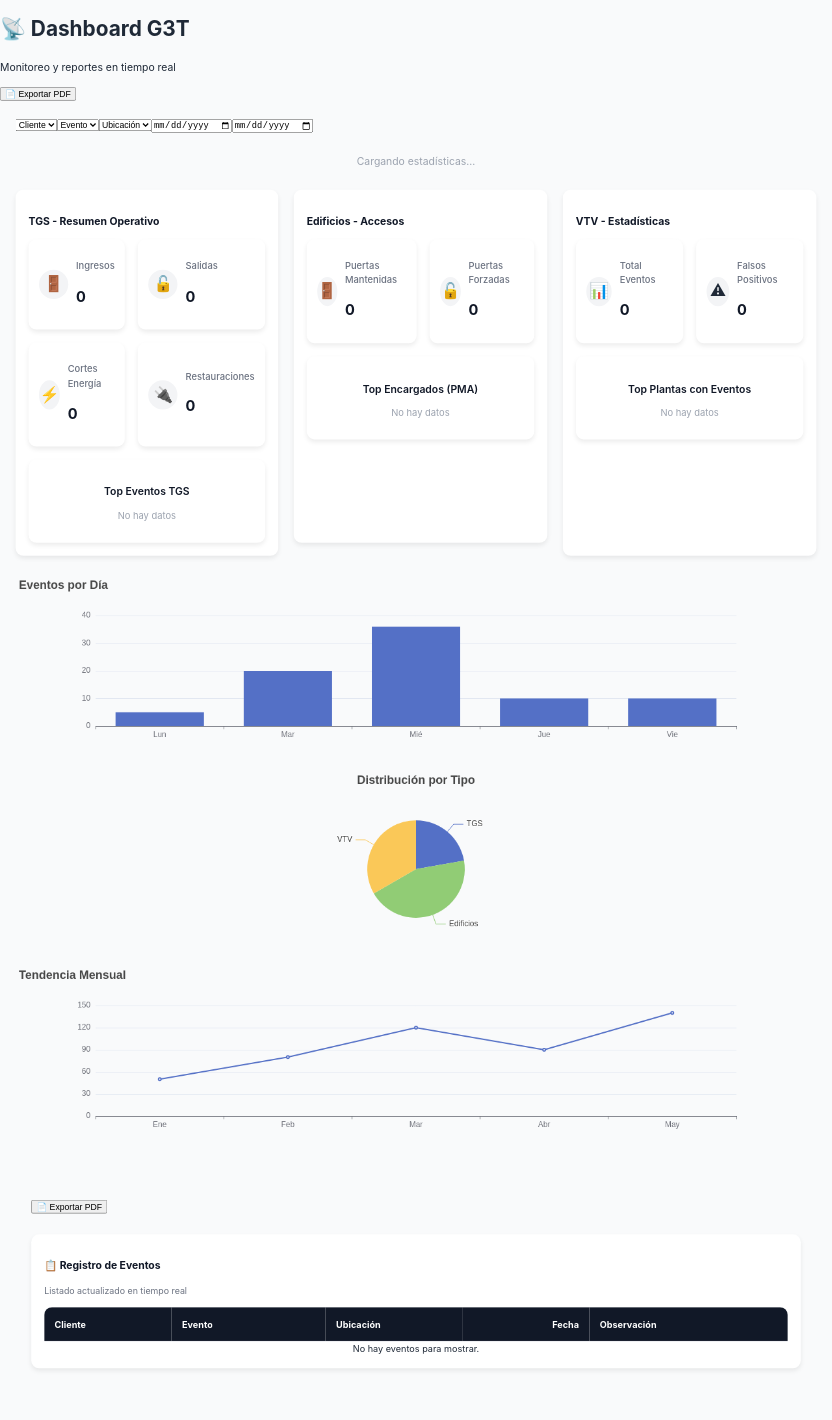
Repository: BBrian11/reportes
Page: /
These files come from the project's save history. The page is drawn as it stood at one moment and after a run of saves; the edit follows.
The browser window is 1280 px wide. The pictures show the whole page, at 65% of full size.
The page's requests for data from a server got no answer. The project was rebuilt for these pictures with package versions that can differ from the ones it lists, and the page was loaded fresh each time. No one was signed in, and anything a server would have sent is missing. Also part of the build but not shown: vite.config.js, src/styles/form.css.

Above is the page before, as saved 2025-07-29 17:04:34.

After the next 2 saves:
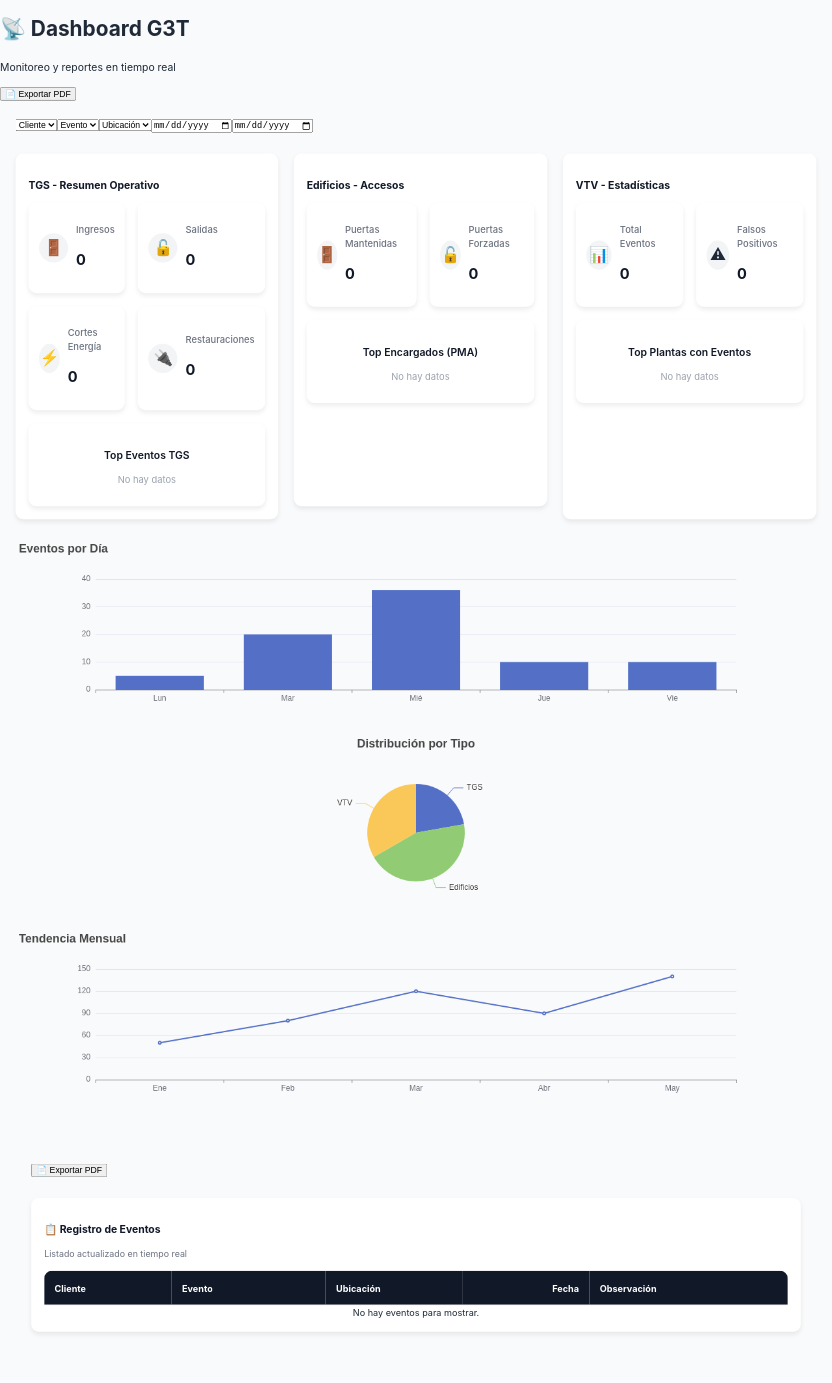
The 2 saves are shown as one change because 1 did not build or start.
The last was saved 64 s later.
--- a/src/components/Dashboard/Dashboard.jsx
+++ b/src/components/Dashboard/Dashboard.jsx
@@ -99,10 +99,7 @@ export default function Dashboard() {
         {/* Filtros */}
         <Filters filtros={filtros} setFiltros={setFiltros} eventos={eventos} />
 
-        {/* KPIs principales */}
-        <StatsCards eventos={eventosFiltrados} />
 
-        {/* Grid para TGS y Edificios */}
         <div className="dashboard-grid">
   <TgsStats eventos={eventosFiltrados} />
   <EdificioStats eventos={eventosFiltrados} />
